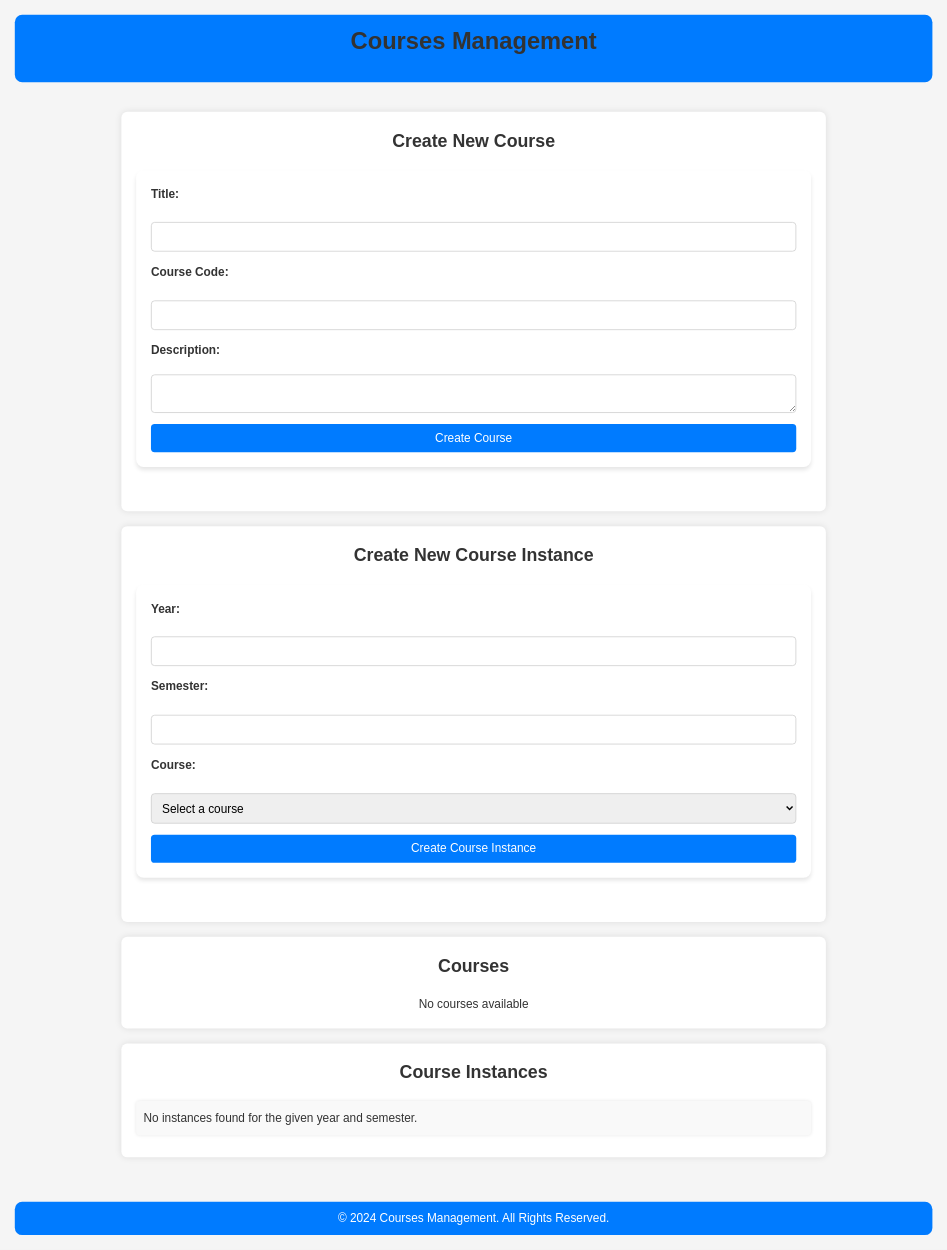
Repository: Rajdeep00-bit/Course_frontend
Page: /
An editor plug-in stored every save of this project. The page is shown before and after the next save, followed by the edit.
The browser window is 1280 px wide. The pictures show the whole page, at 74% of full size.
The page's requests for data from a server got no answer. The project was rebuilt for these pictures with package versions that can differ from the ones it lists, and the page was loaded fresh each time. No one was signed in, and anything a server would have sent is missing. Also part of the build but not shown: src/components/CourseInstanceDetails.js.

Above is the page before, as saved 2024-09-12 09:50:38.

After the next save:
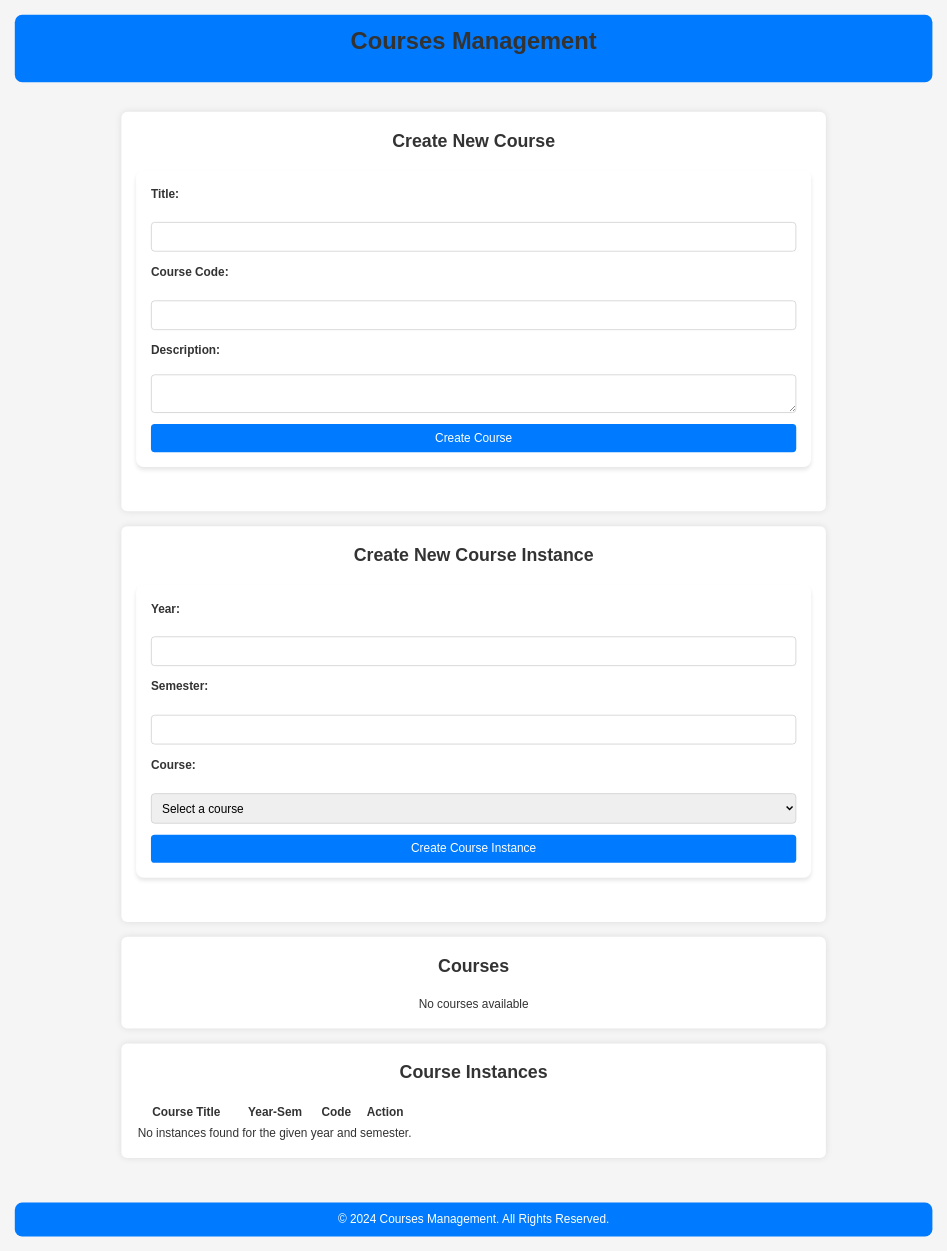
Saved 4 min 23 s later.
--- a/src/components/CourseInstanceList.js
+++ b/src/components/CourseInstanceList.js
@@ -1,62 +1,10 @@
 import React, { useEffect, useState } from 'react';
+import { FaTrash, FaSearch } from 'react-icons/fa'; // FontAwesome icons
 
 function CourseInstanceList({ instances, setInstances, year, semester }) {
-  const [selectedInstance, setSelectedInstance] = useState(null);  // Ensure this is inside the component
+  const [selectedInstance, setSelectedInstance] = useState(null);
 
-  const handleInstanceCreated = () => {
-    fetchInstances();  // Refresh the list after a new instance is created
-  };
-
-  // Fetch instance details (for display or debugging)
-  const viewInstanceDetails = (id) => {
-    if (!year || !semester) {
-      alert("Year and semester must be set to fetch instance details.");
-      return;
-    }
-
-    fetch(`http://127.0.0.1:8000/api/instances/${year}/${semester}/${id}/`)
-      .then((response) => {
-        if (!response.ok) {
-          throw new Error(`Failed to fetch instance details: ${response.status}`);
-        }
-        return response.json();
-      })
-      .then((data) => setSelectedInstance(data))  // Set selected instance for viewing
-      .catch((error) => {
-        console.error("Error fetching instance details:", error);
-        alert("Failed to fetch instance details. Make sure the instance exists.");
-      });
-  };
-
-  // Function to delete the instance
-  const deleteInstance = (id) => {
-    if (!window.confirm("Are you sure you want to delete this course instance?")) {
-      return;
-    }
-
-    fetch(`http://127.0.0.1:8000/api/instances/${id}/`, {  // Ensure trailing slash
-      method: 'DELETE',
-    })
-      .then((response) => {
-        if (response.ok) {
-          const updatedInstances = instances.filter((instance) => instance.id !== id);
-          setInstances(updatedInstances);  // Update state
-          alert("Instance deleted successfully.");
-        } else {
-          return response.json().then((err) => Promise.reject(err));
-        }
-      })
-      .catch((error) => {
-        console.error("Error deleting instance:", error);
-        alert("Failed to delete the instance. Please try again.");
-      });
-  };
-
-  // Fetch all course instances when component mounts
-  useEffect(() => {
-    fetchInstances();
-  }, [year, semester]);
-
+  // Function to fetch all course instances
   const fetchInstances = () => {
     if (!year || !semester) return;  // Prevent fetching if year or semester is not set
     fetch(`http://127.0.0.1:8000/api/instances/${year}/${semester}`)
@@ -67,24 +15,84 @@ function CourseInstanceList({ instances, setInstances, year, semester }) {
       });
   };
 
+  // Fetch course instances when year or semester changes
+  useEffect(() => {
+    fetchInstances();
+  }, [year, semester]);
+
+  // View instance details
+  const viewInstanceDetails = (id) => {
+    if (!year || !semester) {
+      alert("Year and semester must be set to fetch instance details.");
+      return;
+    }
+
+    fetch(`http://127.0.0.1:8000/api/instances/${year}/${semester}/${id}/`)
+      .then((response) => response.json())
+      .then((data) => setSelectedInstance(data))
+      .catch((error) => {
+        console.error("Error fetching instance details:", error);
+        alert("Failed to fetch instance details. Make sure the instance exists.");
+      });
+  };
+
+  // Delete instance
+  const deleteInstance = (id) => {
+    if (!window.confirm("Are you sure you want to delete this course instance?")) return;
+
+    fetch(`http://127.0.0.1:8000/api/instances/${id}/`, { method: 'DELETE' })
+      .then((response) => {
+        if (response.ok) {
+          const updatedInstances = instances.filter((instance) => instance.id !== id);
+          setInstances(updatedInstances);  // Remove deleted instance from the state
+          alert("Instance deleted successfully.");
+        } else {
+          alert("Failed to delete the instance.");
+        }
+      })
+      .catch((error) => {
+        console.error("Error deleting instance:", error);
+        alert("Failed to delete the instance. Please try again.");
+      });
+  };
+
   return (
-    <div>
-      <ul>
-        {instances.length === 0 ? (
-          <li>No instances found for the given year and semester.</li>
-        ) : (
-          instances.map((instance) => (
-            <li key={instance.id}>
-              {instance.course.title} - {instance.year}/{instance.semester}
-              <button onClick={() => viewInstanceDetails(instance.id)}>View Details</button>
-              <button onClick={() => deleteInstance(instance.id)}>Delete</button>
-            </li>
-          ))
-        )}
-      </ul>
+    <div className="course-instance-list">
+      <table>
+        <thead>
+          <tr>
+            <th>Course Title</th>
+            <th>Year-Sem</th>
+            <th>Code</th>
+            <th>Action</th>
+          </tr>
+        </thead>
+        <tbody>
+          {instances.length === 0 ? (
+            <tr>
+              <td colSpan="4">No instances found for the given year and semester.</td>
+            </tr>
+          ) : (
+            instances.map((instance) => (
+              <tr key={instance.id}>
+                <td>{instance.course.title}</td>
+                <td>{`${instance.year}-${instance.semester}`}</td>
+                <td>{instance.code}</td>
+                <td>
+                  <button onClick={() => viewInstanceDetails(instance.id)}>
+                    <FaSearch />
+                  </button>
+                  <button onClick={() => deleteInstance(instance.id)}>
+                    <FaTrash />
+                  </button>
+                </td>
+              </tr>
+            ))
+          )}
+        </tbody>
+      </table>
     </div>
   );
 }
 
-// Move the export to the end of the file, at the top level, not inside any code blocks
 export default CourseInstanceList;
